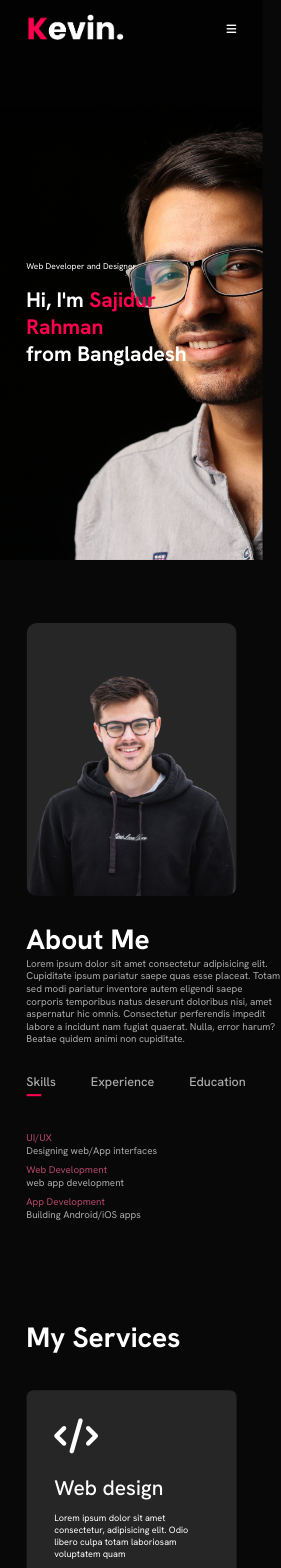
Repository: devsajid/Portfolio-website-with-HTML-CSS-JS
Page: index.html
The author's editor kept a copy of each file at every save. The page is drawn from the files as they stood at one save, then again after a run of saves.
The browser window is 375 px wide. The page is 401 px wide, then 377 px, so the pictures cover 401 px, including what lies to the right of the window. The pictures show the part of the page from y = 0 to 2240 px (the page is 5725 px tall before and 5741 px after), at 70% of full size.

Above is the page before, as saved 2022-12-28 21:54:09.

### index.html
<!DOCTYPE html>
<html lang="en">
  <head>
    <meta charset="UTF-8" />
    <meta http-equiv="X-UA-Compatible" content="IE=edge" />
    <meta name="viewport" content="width=device-width, initial-scale=1.0" />
    <link rel="stylesheet" href="style.css" />
    <title>My Portfolio Website</title>
    <!-- font -->
    <link rel="preconnect" href="https://fonts.googleapis.com" />
    <link rel="preconnect" href="https://fonts.gstatic.com" crossorigin />
    <link
      href="https://fonts.googleapis.com/css2?family=Hanken+Grotesk:wght@400;500;700&display=swap"
      rel="stylesheet"
    />
    <!-- font-awesome -->
    <link
      rel="stylesheet"
      href="https://cdnjs.cloudflare.com/ajax/libs/font-awesome/6.2.1/css/all.min.css"
      integrity="sha512-MV7K8+y+gLIBoVD59lQIYicR65iaqukzvf/nwasF0nqhPay5w/9lJmVM2hMDcnK1OnMGCdVK+iQrJ7lzPJQd1w=="
      crossorigin="anonymous"
      referrerpolicy="no-referrer"
    />
  </head>
  <body>
    <div id="header">
      <div class="container">
        <nav>
          <img src="images/logo.png" class="logo" alt="logo" />
          <ul id="side-icon">
            <li><a href="#" class="nav-link nav-link-ltr"> Home</a></li>
            <li><a href="#" class="nav-link nav-link-ltr"> About</a></li>
            <li><a href="#" class="nav-link nav-link-ltr"> Services</a></li>
            <li><a href="#" class="nav-link nav-link-ltr"> Portfolio</a></li>
            <li><a href="#" class="nav-link nav-link-ltr"> Contact</a></li>
            <i class="fas fa-times"onclick="closemenu()"></i>
          </ul>
          <i class="fa-solid fa-bars"onclick="openmenu()"></i>
        </nav>
        <div class="header-text">
          <p>Web Developer and Designer</p>
          <h1>
            Hi, I'm <span> Sajidur Rahman</span> <br />
            from Bangladesh
          </h1>
        </div>
      </div>
    </div>
    <!-- About section -->
    <div id="about">
      <div class="container">
        <div class="row">
          <div class="about-col-1">
            <img src="images/user.png" alt="user" />
          </div>
          <div class="about-col-2">
            <h2 class="sub-title">About Me</h2>
            <p>
              Lorem ipsum dolor sit amet consectetur adipisicing elit.
              Cupiditate ipsum pariatur saepe quas esse placeat. Totam sed modi
              pariatur inventore autem eligendi saepe corporis temporibus natus
              deserunt doloribus nisi, amet aspernatur hic omnis. Consectetur
              perferendis impedit labore a incidunt nam fugiat quaerat. Nulla,
              error harum? Beatae quidem animi non cupiditate.
            </p>
            <div class="tab-titles">
              <p
                class="tab-links tab-links-ltr active-link"
                onclick="opentab('skills')"
              >
                Skills
              </p>
              <p
                class="tab-links tab-links-ltr"
                onclick="opentab('experience')"
              >
                Experience
              </p>
              <p class="tab-links tab-links-ltr" onclick="opentab('education')">
                Education
              </p>
            </div>
            <div class="tab-contents active-tab" id="skills">
              <ul>
                <li><span>UI/UX</span><br />Designing web/App interfaces</li>
                <li><span>Web Development</span><br />web app development</li>
                <li>
                  <span>App Development</span><br />Building Android/iOS apps
                </li>
              </ul>
            </div>
            <div class="tab-contents" id="experience">
              <ul>
                <li>
                  <span>2021 - Current</span><br />UI/UX Design Training at ET
                  Institute
                </li>
                <li><span>2019-2021</span><br />Team lead at Start App LLC.</li>
                <li>
                  <span>2016-2017</span><br />Intership at ekart eCommerce
                </li>
              </ul>
            </div>
            <div class="tab-contents" id="education">
              <ul>
                <li><span>2016</span><br />Designing web/App interfaces</li>
                <li><span>2014</span><br />MBA from MIT Banglore</li>
                <li><span>2012</span><br />BBA from ISM Banglore</li>
              </ul>
            </div>
          </div>
        </div>
      </div>
    </div>
    <!-- Services section -->
    <div id="services">
      <div class="container">
        <h2 class="sub-title">My Services</h2>
        <div class="services-list">
          <div>
            <i class="fa-solid fa-code"></i>
            <h2>Web design</h2>
            <p>
              Lorem ipsum dolor sit amet consectetur, adipisicing elit. Odio
              libero culpa totam laboriosam voluptatem quam
            </p>
            <a href="#">Learn more</a>
          </div>
          <div>
            <i class="fa-solid fa-crop"></i>
            <h2>UI/UX design</h2>
            <p>
              Lorem ipsum dolor sit amet consectetur, adipisicing elit. Odio
              libero culpa totam laboriosam voluptatem quam
            </p>
            <a href="#">Learn more</a>
          </div>
          <div>
            <i class="fa-brands fa-app-store"></i>
            <h2>App design</h2>
            <p>
              Lorem ipsum dolor sit amet consectetur, adipisicing elit. Odio
              libero culpa totam laboriosam voluptatem quam
            </p>
            <a href="#">Learn more</a>
          </div>
        </div>
      </div>
    </div>
    <!-- Portfolio section -->
    <div id="portfolio">
      <div class="container">
        <h1 class="sub-title">My work</h1>
        <div class="work-list">
          <div class="work">
            <img src="images/work-1.png" alt="mywork" />
            <div class="layer">
              <h3>Music App</h3>
              <p>
                Lorem ipsum dolor sit amet consectetur adipisicing elit. Culpa
              </p>
              <a href="#"><i class="fa-solid fa-up-right-from-square"></i></a>
            </div>
          </div>
          <div class="work">
            <img src="images/work-2.png" alt="mywork" />
            <div class="layer">
              <h3>Online Shoping App</h3>
              <p>
                Lorem ipsum dolor sit amet consectetur adipisicing elit. Culpa
              </p>
              <a href="#"><i class="fa-solid fa-up-right-from-square"></i></a>
            </div>
          </div>
          <div class="work">
            <img src="images/work-3.png" alt="mywork" />
            <div class="layer">
              <h3>Social Media App</h3>
              <p>
                Lorem ipsum dolor sit amet consectetur adipisicing elit. Culpa
              </p>
              <a href="#"><i class="fa-solid fa-up-right-from-square"></i></a>
            </div>
          </div>
        </div>
        <a href="#" class="btn">See more</a>
      </div>
    </div>
    <!-- Contact Section -->
    <div id="contact">
      <div class="container">
        <div class="row">
          <div class="contact-left">
            <h2 class="sub-title">Contact me</h2>
            <p>
              <i class="fa-solid fa-paper-plane"></i>sajidhasan164@gmail.com
            </p>
            <p><i class="fa-solid fa-square-phone"></i>01878922322</p>
            <div class="socil-icons">
              <a href="https://www.facebook.com/profile.php?id=100069360127548"
                ><i class="fa-brands fa-facebook"></i></a
              ><a href="https://www.linkedin.com/in/mdsohaghasan/"
                ><i class="fa-brands fa-linkedin"></i> </a
              ><a href="https://twitter.com/devsajidhasan"
                ><i class="fa-brands fa-twitter"></i></a
              ><a href="https://github.com/devsajid"
                ><i class="fa-brands fa-github"></i
              ></a>
            </div>
            <a href="images/myCV.pdf" download class="btn btn2">Download CV</a>
          </div>

          <div class="contact-right">
            <form>
              <input
                type="text"
                name="Name"
                placeholder="Your Name"
                required
              /><input
                type="email"
                name="email"
                placeholder="Your Email"
                required
              /><textarea
                name="Message"
                rows="6"
                placeholder="Your Message"
                required
              ></textarea
              ><button type="submit" class="btn btn2">Submit</button>
            </form>
          </div>
        </div>
      </div>
      <div class="copyright"><p>copyright 2022 &#169 devsajidhasan. Made with<i class="fa-solid fa-heart"></i> by easy heart</p></div>
    </div>
    <!-- javascript -->
    <script>
      var tablinks = document.getElementsByClassName("tab-links");
      var tabcontents = document.getElementsByClassName("tab-contents");

      function opentab(tabname) {
        for (tablink of tablinks) {
          tablink.classList.remove("active-link");
        }
        for (tabcontent of tabcontents) {
          tabcontent.classList.remove("active-tab");
        }
        event.currentTarget.classList.add("active-link");
        document.getElementById(tabname).classList.add("active-tab");
      }
    </script>
    <script>
      var sideicon=document.getElementById("side-icon")
      function openmenu(){
        sideicon.style.right="0"
      }
      function closemenu(){
        sideicon.style.right="-200px"
      }
    </script>
  </body>
</html>

### style.css
* {
  margin: 0;
  padding: 0;
  font-family: "Hanken Grotesk", sans-serif;
  box-sizing: border-box;
}
body {
  background: #080808;
  color: #fff;
}
#header {
  width: 100%;
  height: 100vh;
  background-image: url(images/background.png);
  background-size: cover;
  background-position: center;
}
.container {
  padding: 10px 10%;
}
nav {
  display: flex;
  align-items: center;
  justify-content: space-between;
  flex-wrap: wrap;
}
.logo {
  width: 140px;
}
nav ul li {
  display: inline-block;
  list-style: none;
  margin: 10px 20px;
}
.nav-link {
  font-weight: bold;
  font-size: 14px;
  text-transform: uppercase;
  text-decoration: none;
  color: #fff;
  padding: 20px 0px;
  display: inline-block;
  position: relative;
  opacity: 0.75;
}

.nav-link:hover {
  opacity: 1;
}

.nav-link::before {
  transition: 300ms;
  height: 3px;
  content: "";
  position: absolute;
  background-color: #ff004f;
}

.nav-link-ltr::before {
  width: 0%;
  bottom: 10px;
}

.nav-link-ltr:hover::before {
  width: 100%;
}
.header-text {
  margin-top: 20%;
  font-size: 30px;
}
.header-text h1 {
  font-size: 60px;
  margin-top: 20px;
}
.header-text h1 span {
  color: #ff004f;
}
/* About section */
#about {
  padding: 80px 0px;
  color: #ababab;
}
.row {
  display: flex;
  justify-content: space-between;
  flex-wrap: wrap;
}
.about-col-1 {
  flex-basis: 35%;
}
.about-col-1 img {
  width: 100%;
  border-radius: 15px;
}
.about-col-2 {
  flex-basis: 60%;
}
.sub-title {
  font-size: 60px;
  font-weight: 600;
  color: #fff;
}
.tab-titles {
  display: flex;
  margin: 20px 0 40px;
}
.tab-links {
  margin-right: 50px;
  font-size: 18px;
  font-weight: 500;
  cursor: pointer;
  padding: 20px 0px;
  position: relative;
}
.tab-links:hover {
  opacity: 1;
}

.tab-links::before {
  height: 3px;
  content: "";
  position: absolute;
  background-color: #ff004f;
  transition: 3000ms;
}

.tab-links-ltr.active-link::before {
  width: 50%;
  bottom: 10px;
}

.tab-contents ul li {
  list-style: none;
  margin: 10px 0;
}
.tab-contents ul li span {
  color: #b54769;
  font-size: 14px;
}
.tab-contents {
  display: none;
}
.tab-contents.active-tab {
  display: block;
}
/* services */
#services {
  padding: 30px 0;
}
.services-list {
  display: grid;
  grid-template-columns: repeat(auto-fit, minmax(250px, 1fr));
  grid-gap: 40px;
  margin-top: 50px;
}
.services-list div {
  background: #262626;
  padding: 40px;
  font-size: 13px;
  font-weight: 300;
  border-radius: 10px;
  transition: background 0.5s, transform 0.5s;
}
.services-list div i {
  font-size: 50px;
  margin-bottom: 30px;
}
.services-list div h2 {
  font-size: 30px;
  font-weight: 500;
  margin-bottom: 15px;
}
.services-list div a {
  text-decoration: none;
  color: #fff;
  font-size: 12px;
  margin-top: 20px;
  display: inline-block;
}
.services-list div:hover {
  background: #ff004f;
  transform: translateY(-10px);
}
/* Portfolio */
#portfolio {
  padding: 50px 0;
}
.work-list {
  display: grid;
  grid-template-columns: repeat(auto-fit, minmax(250px, 1fr));
  grid-gap: 40px;
  margin-top: 50px;
}
.work {
  border-radius: 10px;
  position: relative;
  overflow: hidden;
}
.work img {
  width: 100%;
  border: 10px;
  display: block;
  transition: transform 0.5s;
}
.layer {
  width: 100%;
  height: 0;
  background: linear-gradient(rgba(0, 0, 0, 0.6), #ff004f);
  border-radius: 10px;
  position: absolute;
  left: 0;
  bottom: 0;
  overflow: hidden;
  display: flex;
  align-items: center;
  flex-direction: column;
  justify-content: center;
  padding: 0 40px;
  text-align: center;
  font-size: 13px;
  transition: height 0.5s;
}
.layer h3 {
  font-weight: 500;
  margin-bottom: 200;
}
.layer a {
  margin: 20px;
  color: #ff004f;
  text-decoration: none;
  font-size: 17px;
  line-height: 40px;
  width: 40px;
  height: 40px;
  border-radius: 50%;
  text-align: center;
  background: #fff;
}
.work:hover img {
  transform: scale(1.1);
}
.work:hover .layer {
  height: 100%;
}
.btn {
  display: block;
  margin: 50px auto;
  width: fit-content;
  border: 1px solid #ff004f;
  padding: 14px 50px;
  brder-radius: 6px;
  text-decoration: none;
  color: #fff;
  transition: background 0.5s;
}
.btn:hover {
  background: #ff004f;
}
/* Contact Section */
.contact-left {
  flex-basis: 35%;
}
.contact-right {
  flex-basis: 60%;
}
.contact-left p {
  margin-top: 30px;
}
.contact-left p i {
  color: #ff004f;
  margin-right: 15px;
  font-size: 25px;
}
.socil-icons {
  margin-top: 30px;
}
.socil-icons a {
  text-decoration: none;
  font-size: 30px;
  margin-right: 15px;
  color: #ababab;
  display: inline-block;
  transition: transform 0.5s;
}
.socil-icons a:hover {
  color: #ff004f;
  transform: translateY(-5px);
}
.btn.btn2 {
  display: inline-block;
  background: #ff004f;
}
.contact-rught form {
  widt: 100%;
}
form input,
form textarea {
  width: 100%;
  border: 0;
  outline: none;
  background: #262626;
  padding: 15px;
  margin: 15px 0;
  color: #fff;
  font-size: 18px;
  border-radius: 6px;
}
form .btn2 {
  padding: 14px 60px;
  font-size: 18px;
  margin-top: 20px;
  cursor: pointer;
}
.copyright {
  width: 100%;
  text-align: center;
  padding: 25px 0;
  background: #262626;
  font-weight: 300;
  margin-top: 20px;
}
.copyright i {
  color: #ff004f;
}
/* css for small screens */
nav .fas {
  display: none;
}
@media only screen and (max-width: 600px) {
  #header {
    background-image: url(images/phone-background.png);
  }
  .header-text {
    margin-top: 100%;
    font-size: 16px;
  }
  .header-text h1 {
    font-size: 30px;
  }
  .header-text p {
    font-size: 12px;
  }
  nav .fas {
    display: block;
    font-size: 25px;
  }
  nav ul {
    background: #ff004f;
    position: fixed;
    top: 0;
    right: -200px;
    width: 200x;
    height: 100vh;
    padding-top: 50px;
    z-index: 2;
    transition: right 0.5s;
  }
  nav ul li {
    display: block;
    margin: 25p;
  }
  nav ul .fas {
    position: absolute;
    top: 25px;
    left: 25px;
    cursor: pointer;
  }
  .sub-title {
    font-size: 40px;
  }
  .about-col-1,
  .about-col-2 {
    flex-basis: 100%;
  }
  .about-col-1 {
    margin-bottom: 30px;
  }
  .about-col-2 {
    font-size: 14px;
  }
  .tab-links {
    font-size: ;
  16px}
}

After the next 2 saves:
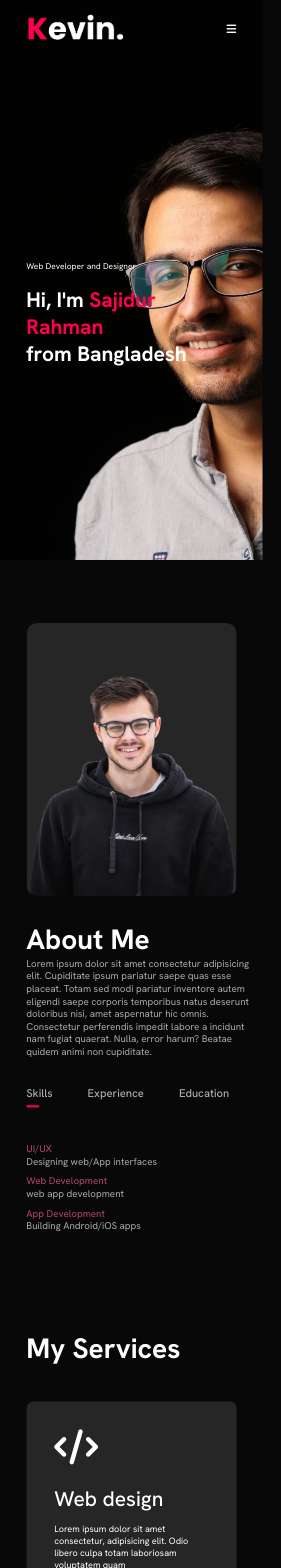
The 2 saves are shown as one change because they came seconds apart.
The last was saved 8 s later.
--- a/style.css
+++ b/style.css
@@ -379,6 +379,6 @@ nav .fas {
     font-size: 14px;
   }
   .tab-links {
-    font-size: ;
-  16px}
-}
+    font-size: 16px;
+  }
+}
